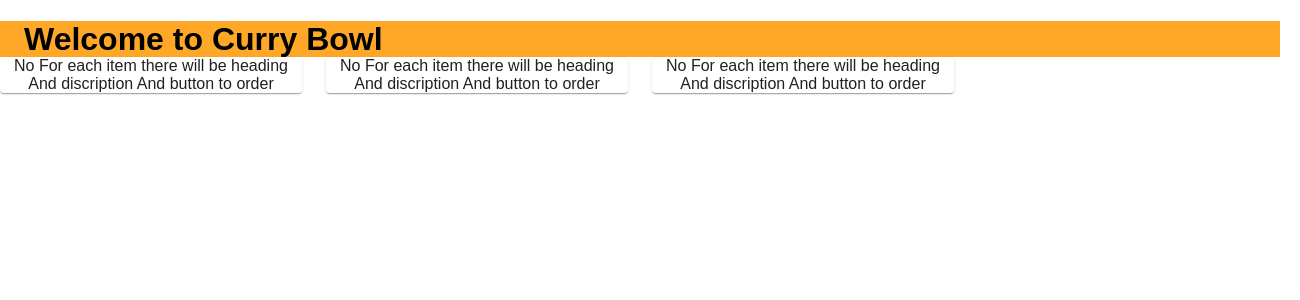
Repository: appikonda/food-order
Page: /
An editor plug-in stored every save of this project. The page is shown before and after the next save, followed by the edit.
The browser window is 1280 px wide. The page is 1292 px wide, then 1300 px, so the pictures cover 1300 px, including what lies to the right of the window. The pictures show the whole page.
The project was rebuilt for these pictures with package versions that can differ from the ones it lists, and the page was loaded fresh each time. Also part of the build but not shown: webpack.config.js, src/App.css.

Above is the page before, as saved 2019-08-15 16:30:54.

After the next save:
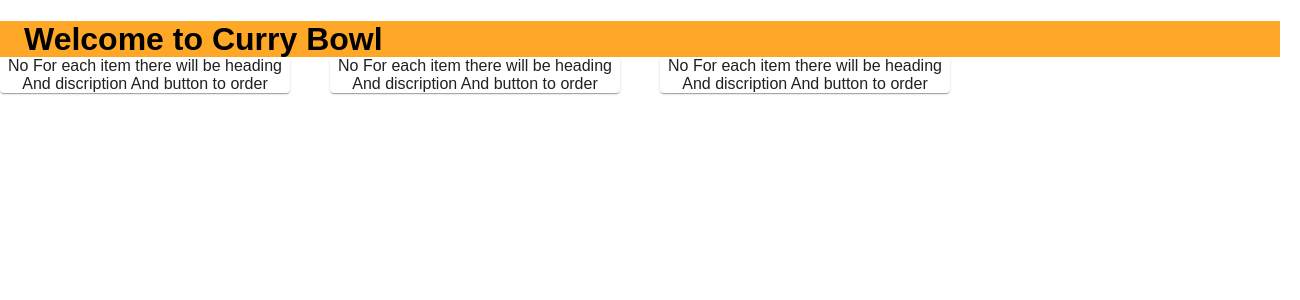
Saved 8 s later.
--- a/src/OrderFood.jsx
+++ b/src/OrderFood.jsx
@@ -43,7 +43,7 @@ renderGridOptions(){
 
   return (
     <div >
-    <Grid container spacing={3}>
+    <Grid container spacing={5}>
 
         <Grid item xs={6} sm={3}  >
           <Paper style={{      textAlign: 'center',      color: '#212121'  }}>No   For each item there will be heading
